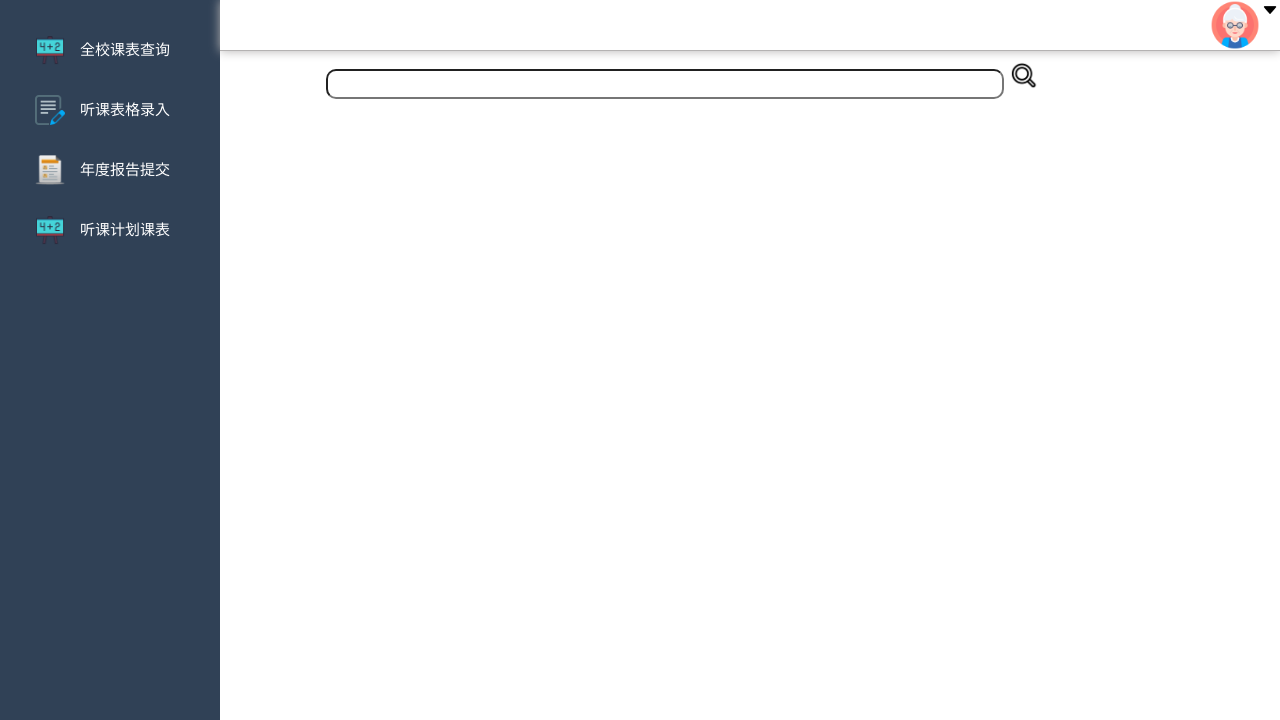
Repository: shandamengcheng/graduate-project
Page: /home/search
These files come from the project's save history. The page is drawn as it stood at one moment and after the next save; the edit follows.
The browser window is 1280 px wide. The pictures show the whole page.
The project was rebuilt for these pictures with package versions that can differ from the ones it lists, and the page was loaded fresh each time. Also part of the build but not shown: src/views/Login.vue.

Above is the page before, as saved 2021-03-14 12:33:15.

After the next save:
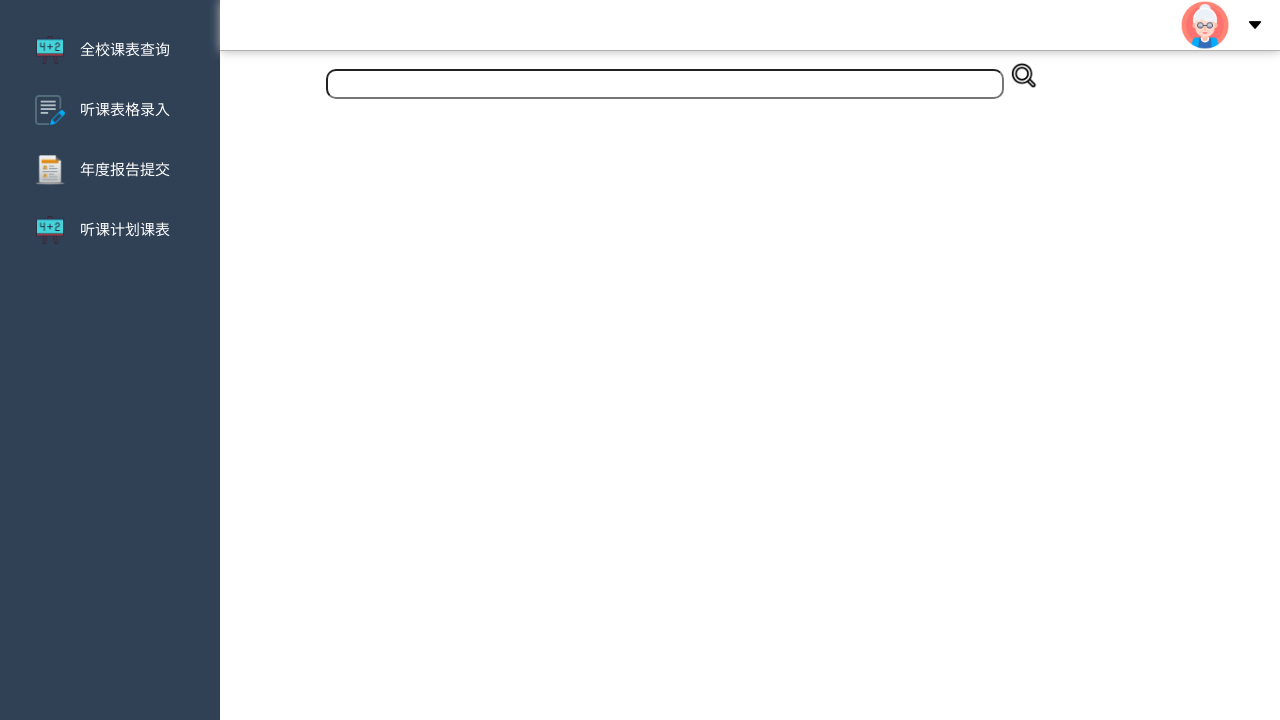
Saved 12 s later.
--- a/src/components/NavigationBar.vue
+++ b/src/components/NavigationBar.vue
@@ -30,5 +30,6 @@ export default {
 .navbar .avatar-submenu {
   width: 20px;
   height: 20px;
+  margin: 15px;
 }
 </style>
